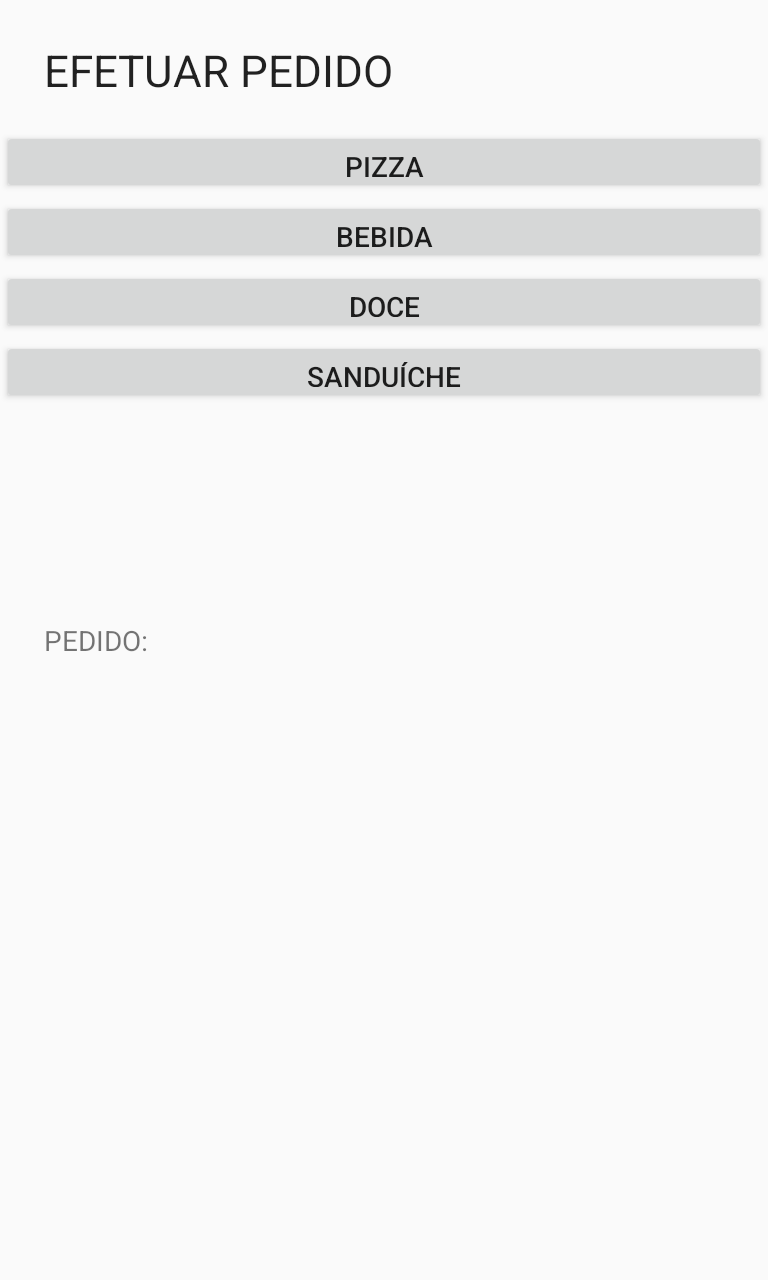
Repository: LucasSampaio/SysPizza-PSI
Layout: CodigoFonte/MOBILE/SysPizza/res/layout/activity_efetuar_pedidos.xml
The author's editor kept a copy of each file at every save. The layout is drawn from the files as they stood at one save, then again after the next save.
It is drawn on a 768 x 1280 px phone screen (xhdpi) without system bars, with theme AppTheme; the app's code is not run.

Above is the layout before, as saved 2014-09-25 13:39:19.

After the next save:
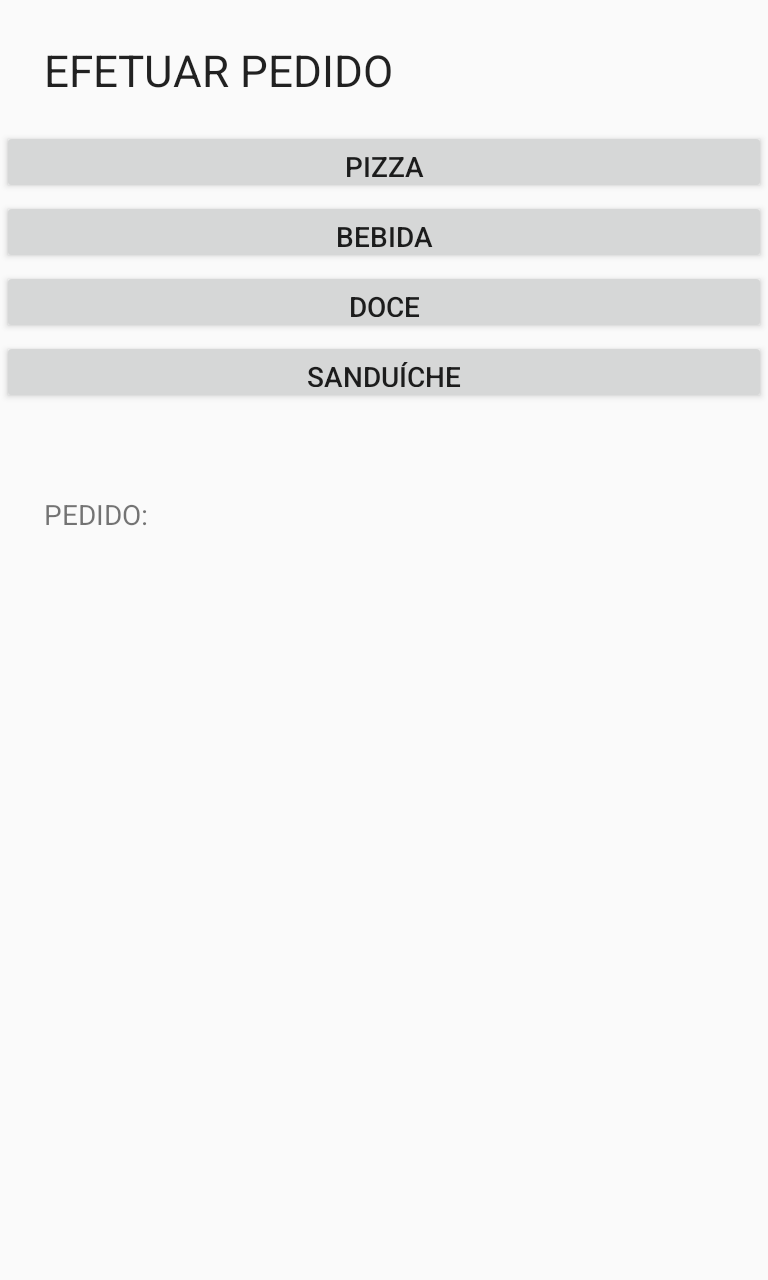
Saved 9 s later.
--- a/CodigoFonte/MOBILE/SysPizza/res/layout/activity_efetuar_pedidos.xml
+++ b/CodigoFonte/MOBILE/SysPizza/res/layout/activity_efetuar_pedidos.xml
@@ -52,7 +52,8 @@
         android:layout_width="wrap_content"
         android:layout_height="wrap_content"
         android:layout_alignLeft="@+id/textView1"
-        android:layout_centerVertical="true"
+        android:layout_below="@+id/Button03"
+        android:layout_marginTop="44dp"
         android:text="PEDIDO:" />
 
 </RelativeLayout>

After the save that followed:
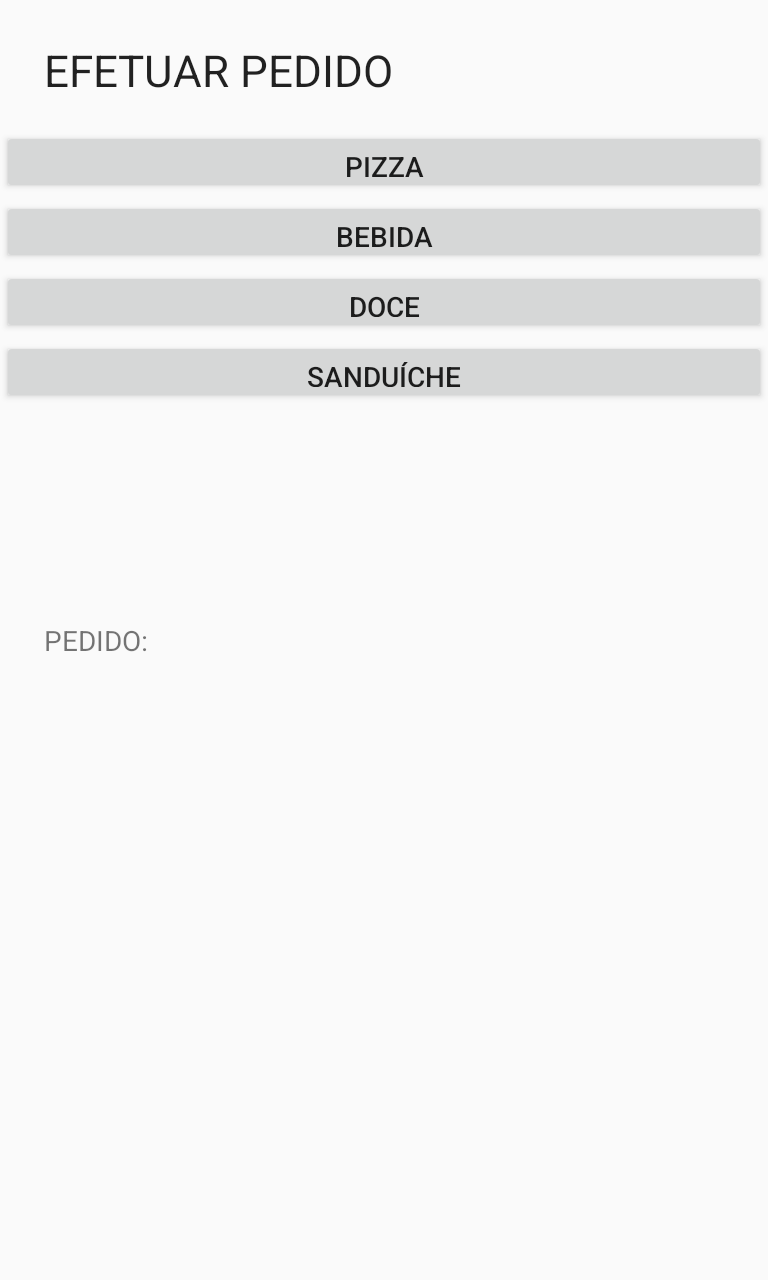
Saved 33 s later.
--- a/CodigoFonte/MOBILE/SysPizza/res/layout/activity_efetuar_pedidos.xml
+++ b/CodigoFonte/MOBILE/SysPizza/res/layout/activity_efetuar_pedidos.xml
@@ -52,8 +52,7 @@
         android:layout_width="wrap_content"
         android:layout_height="wrap_content"
         android:layout_alignLeft="@+id/textView1"
-        android:layout_below="@+id/Button03"
-        android:layout_marginTop="44dp"
+        android:layout_centerVertical="true"
         android:text="PEDIDO:" />
 
 </RelativeLayout>
